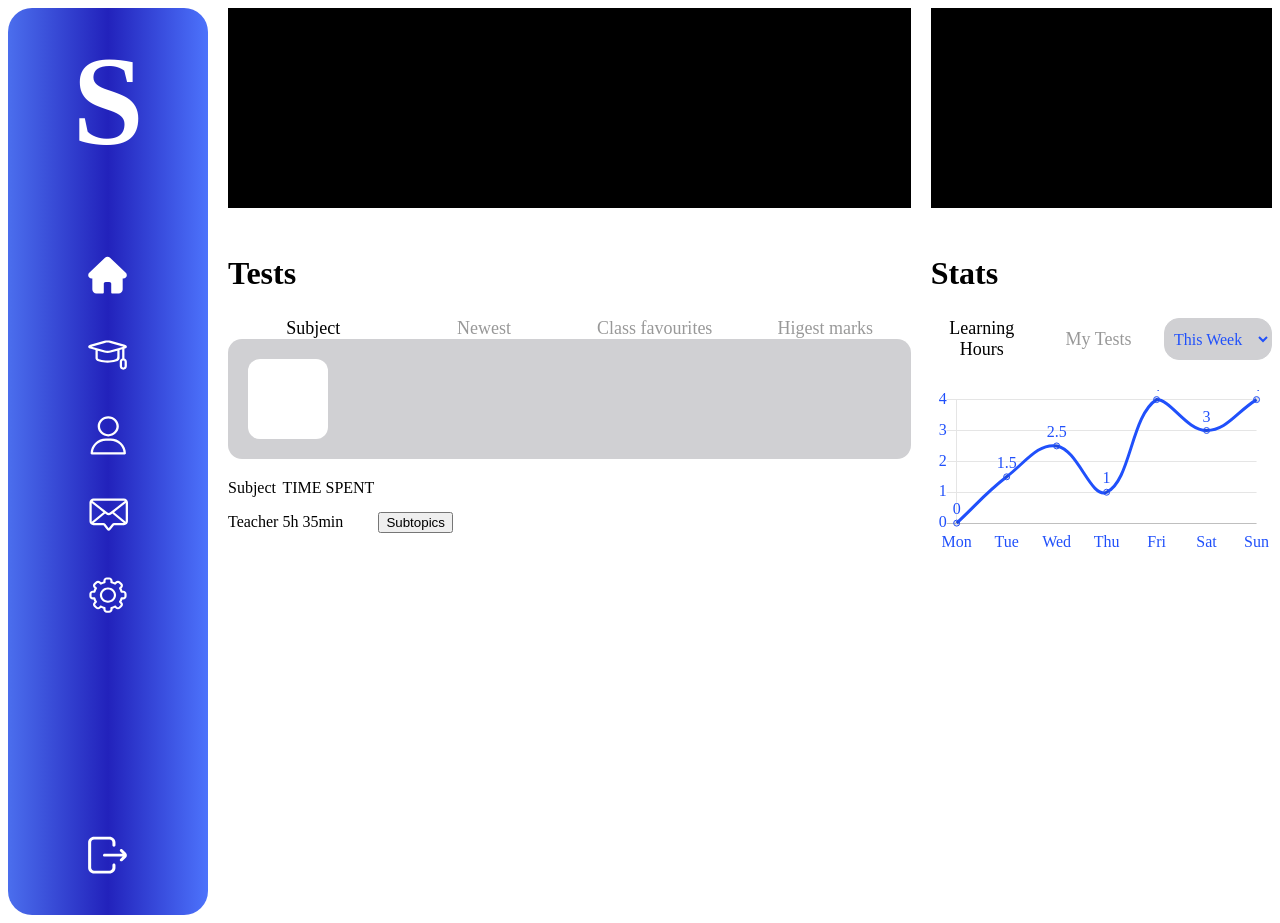
Repository: rafalzacher1/smartify-interface
Page: home.html
The author's editor kept a copy of each file at every save. The page is drawn from the files as they stood at one save, then again after a run of saves.
The browser window is 1280 px wide. The pictures show the whole page.
Some web fonts or font styles are not loaded; a fallback is used. Some web libraries are served in a nearby version.

Above is the page before, as saved 2022-06-30 04:20:54.

After the next 2 saves:
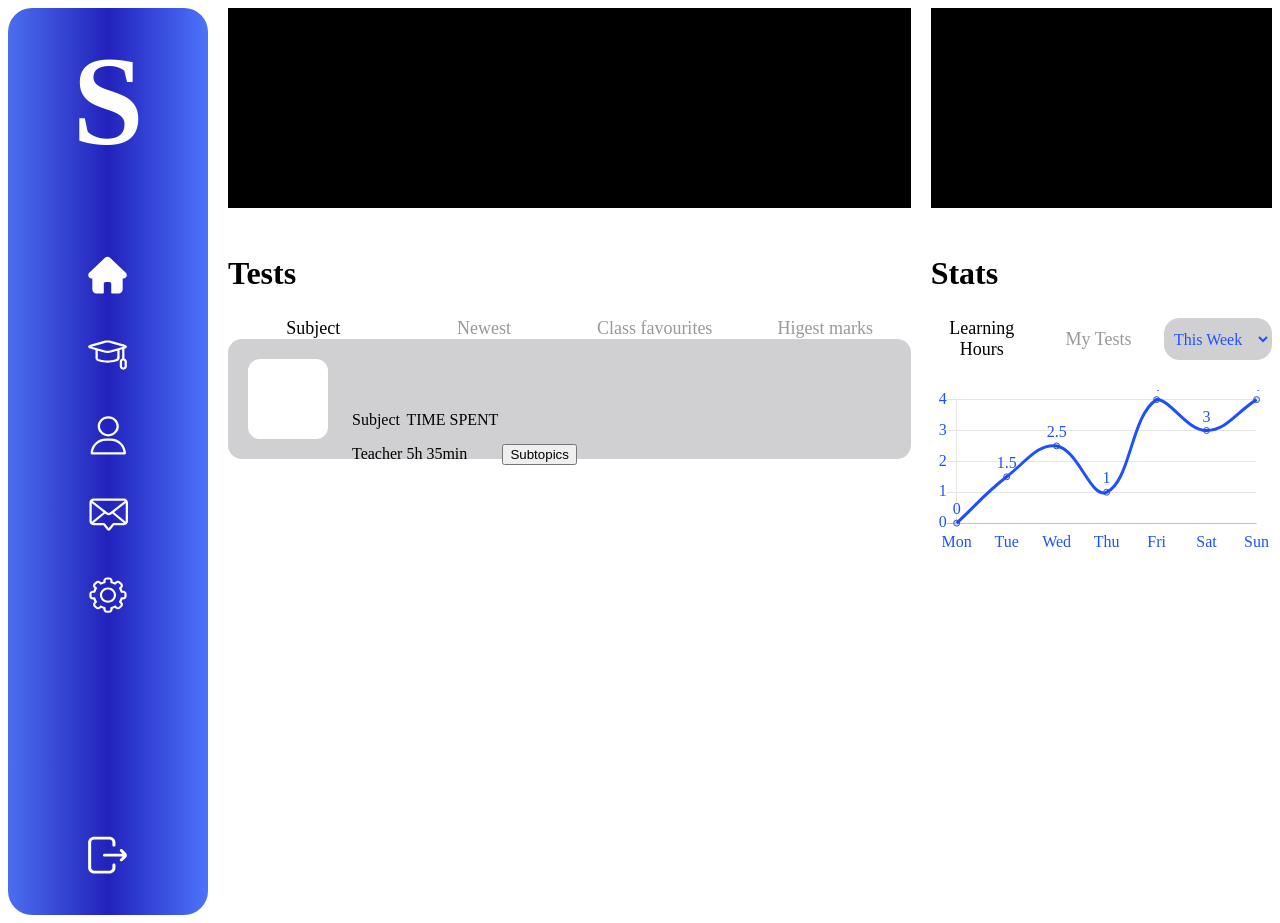
The 2 saves are shown as one change because they came seconds apart.
The last was saved 39 s later.
--- a/home.html
+++ b/home.html
@@ -94,20 +94,18 @@
 
                     </div>
 
-                    <div class="class-info-container">
-                        <div class="class-info">
-                            <p>Subject</p>
-                            <p>Teacher</p>
-                        </div>
+                    <div class="class-info">
+                        <p>Subject</p>
+                        <p>Teacher</p>
+                    </div>
 
-                        <div class="class-time-spent">
-                            <p>TIME SPENT</p>
-                            <p>5h 35min</p>
-                        </div>
+                    <div class="class-time-spent">
+                        <p>TIME SPENT</p>
+                        <p>5h 35min</p>
+                    </div>
 
-                        <div class="class-subtopics">
-                            <button>Subtopics</button>
-                        </div>
+                    <div class="class-subtopics">
+                        <button>Subtopics</button>
                     </div>
                 </div>
             </div>
